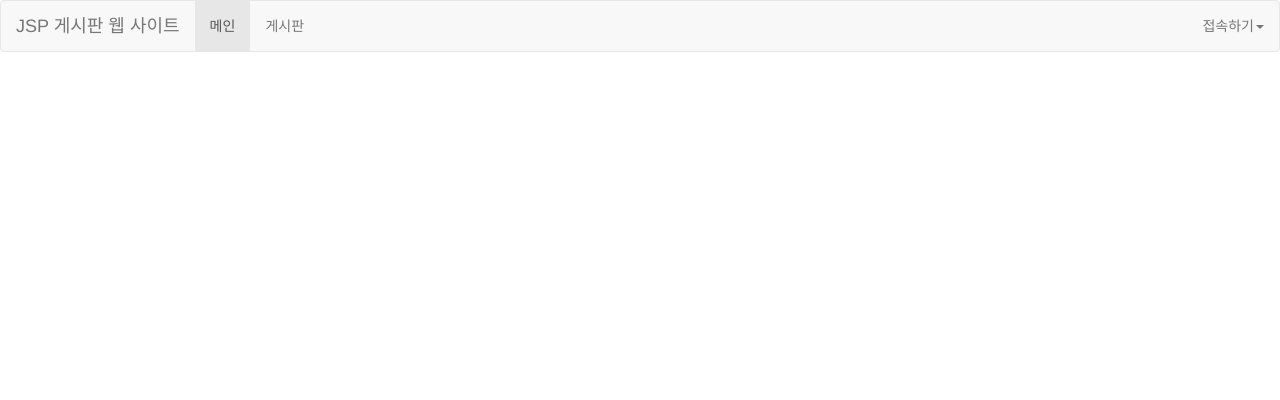
Repository: qqqkjh/JSP
Page: http://localhost/BBS/main.jsp
The author's editor kept a copy of each file at every save. The page is drawn from the files as they stood at one save, then again after the next save.
The browser window is 1280 px wide. The pictures show the whole page.
Some web libraries are served in a nearby version. The page is served by Tomcat 9.

Above is the page before, as saved 2020-01-11 10:58:46.

After the next save:
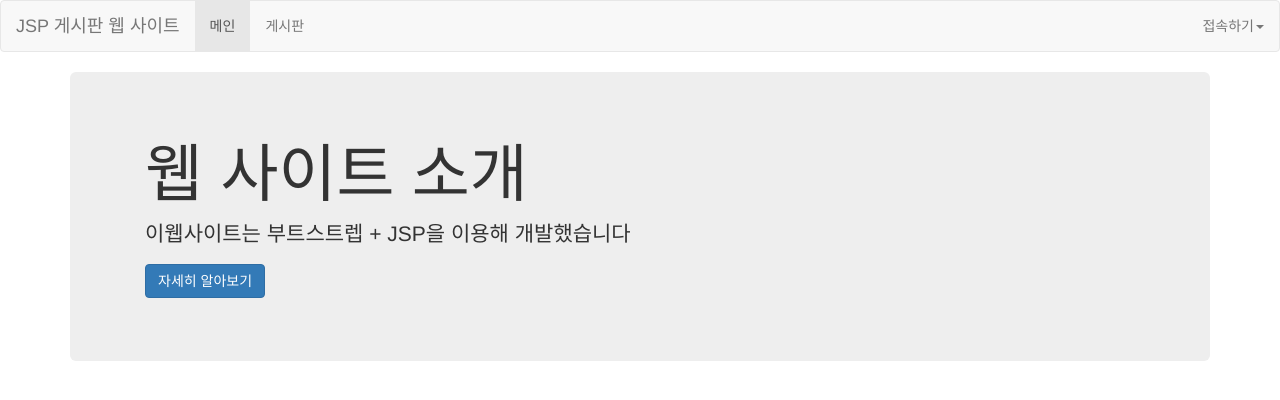
Saved 4 min 5 s later.
--- a/projects/BBS/WebContent/main.jsp
+++ b/projects/BBS/WebContent/main.jsp
@@ -67,6 +67,15 @@
 
 		</div>
 	</nav>
+	<div class ="container">
+		<div class = "jumbotron">
+			<div class ="container">
+				<h1>웹 사이트 소개</h1>
+				<p> 이웹사이트는 부트스트렙 + JSP을 이용해 개발했습니다</p>
+				<p><a class = "btn btn-primary btn-pull" href="#" role="button">자세히 알아보기</a></p>
+			</div>
+		</div>
+	</div>
 
 	<script src = "https://code.jquery.com/jquery-3.1.1.min.js"></script>
 	<script src = "js/bootstrap.js"></script>
